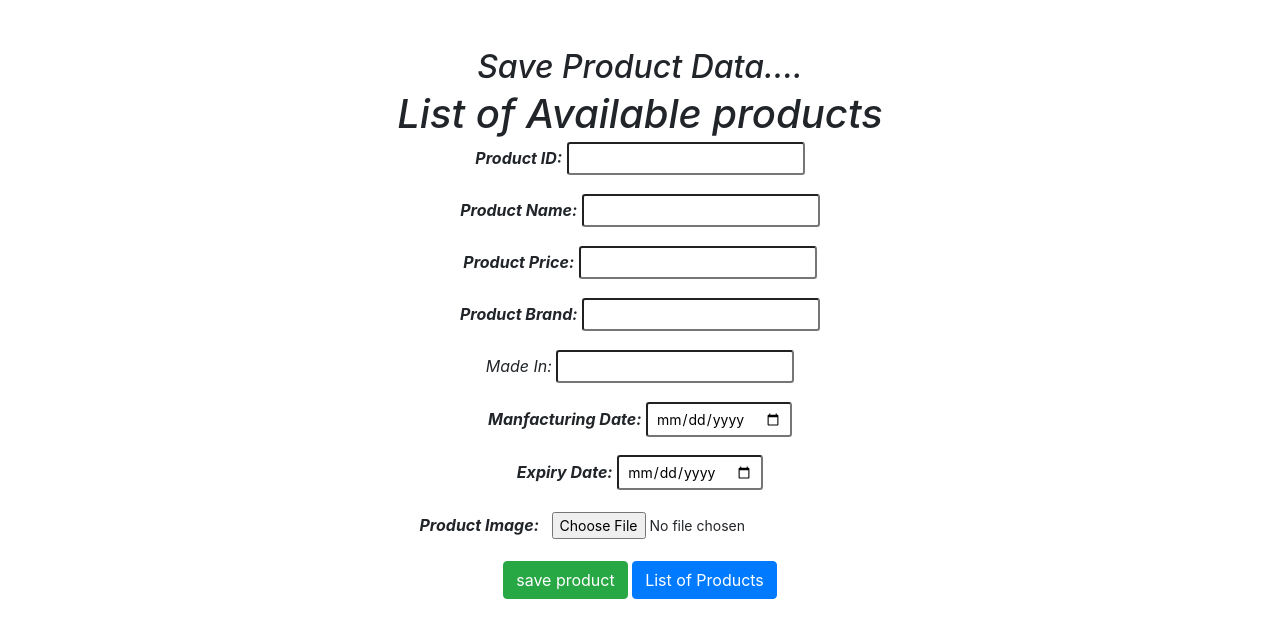
Repository: kamisettiprasanna/AdvJavaPrograms
Page: ProductManagementApp/src/main/webapp/app-product.html
These files come from the project's save history. The page is drawn as it stood at one moment and after the next save; the edit follows.
The browser window is 1280 px wide. The pictures show the whole page.

Above is the page before, as saved 2024-03-06 06:33:44.

After the next save:
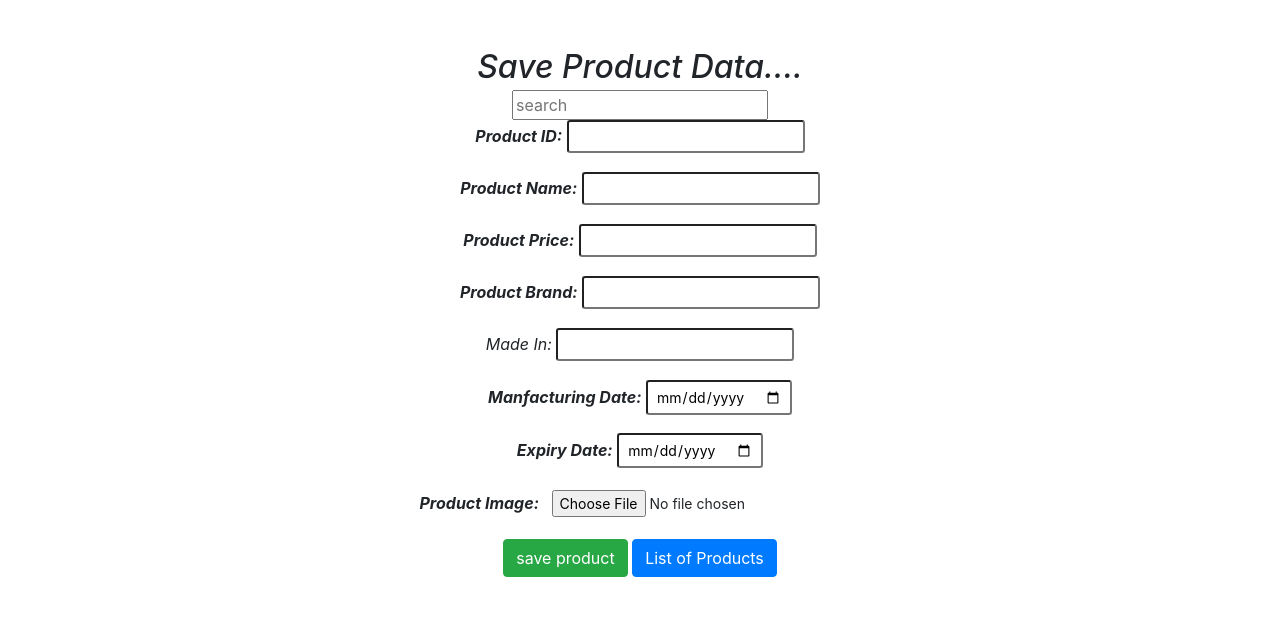
Saved 2 min 51 s later.
--- a/ProductManagementApp/src/main/webapp/app-product.html
+++ b/ProductManagementApp/src/main/webapp/app-product.html
@@ -12,8 +12,11 @@
 <body>
     <div class="container mt-5 text-center">
         <h2 class="text-center font-italic mb-1">Save Product Data....  </h2>
-        <h1 class="text-center font-italic mb-1">List of Available products</h1>
+
         <form method="post" action="./AddProductServlet" enctype="multipart/form-data" onsubmit="return validateForm()">
+        <div>
+        <input type="text" placeholder="search">
+        </div>
 
               <div class="form-group">
                   <label class="font-italic font-weight-bold" for="proId">Product ID: </label>
